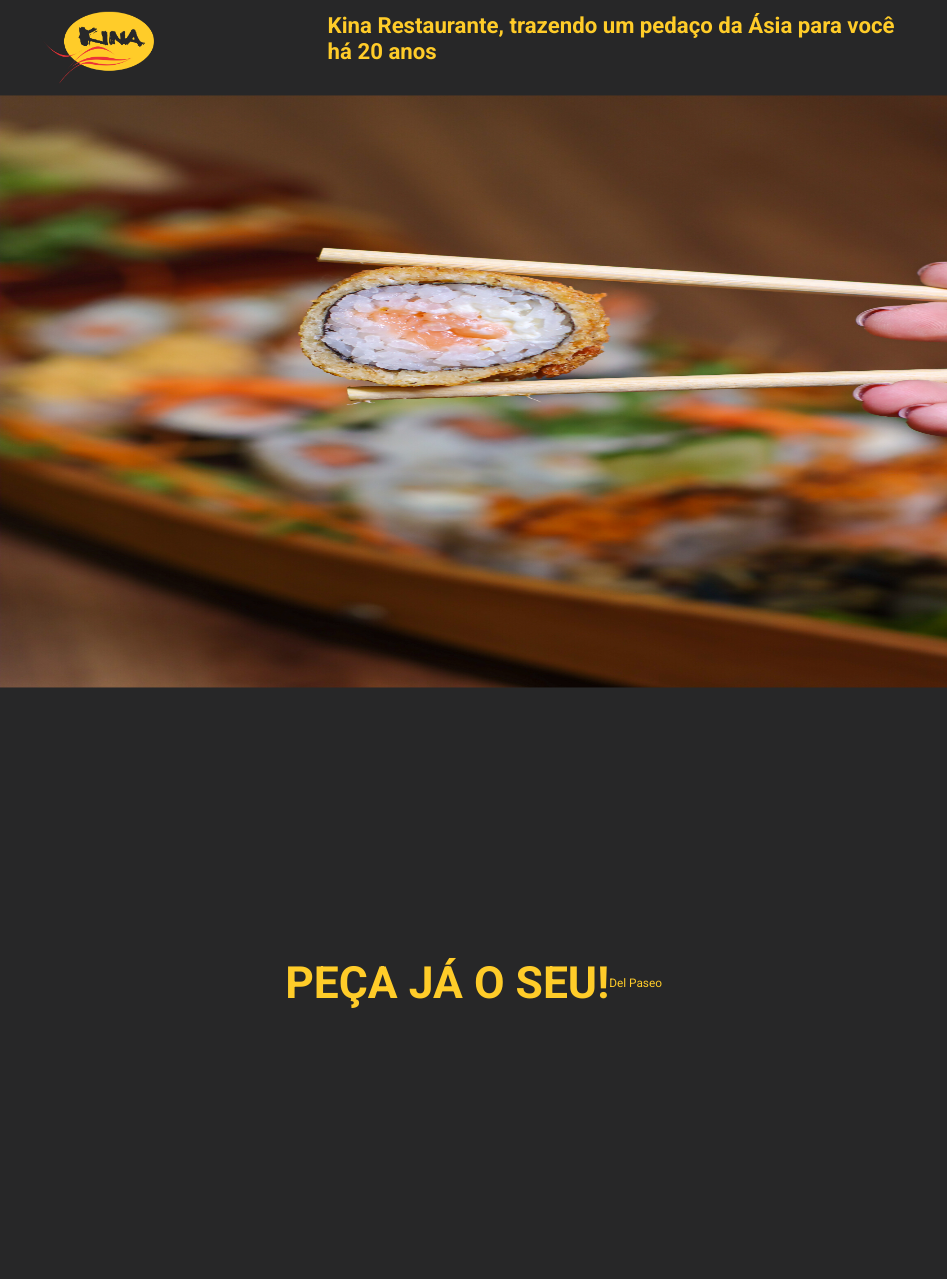
Repository: chidekina/kina-page
Page: index.html
These files come from the project's save history. The page is drawn as it stood at one moment and after a run of saves; the edit follows.
The browser window is 1280 px wide. The pictures show the whole page, at 74% of full size.

Above is the page before, as saved 2025-03-20 16:40:20.

After the next 3 saves:
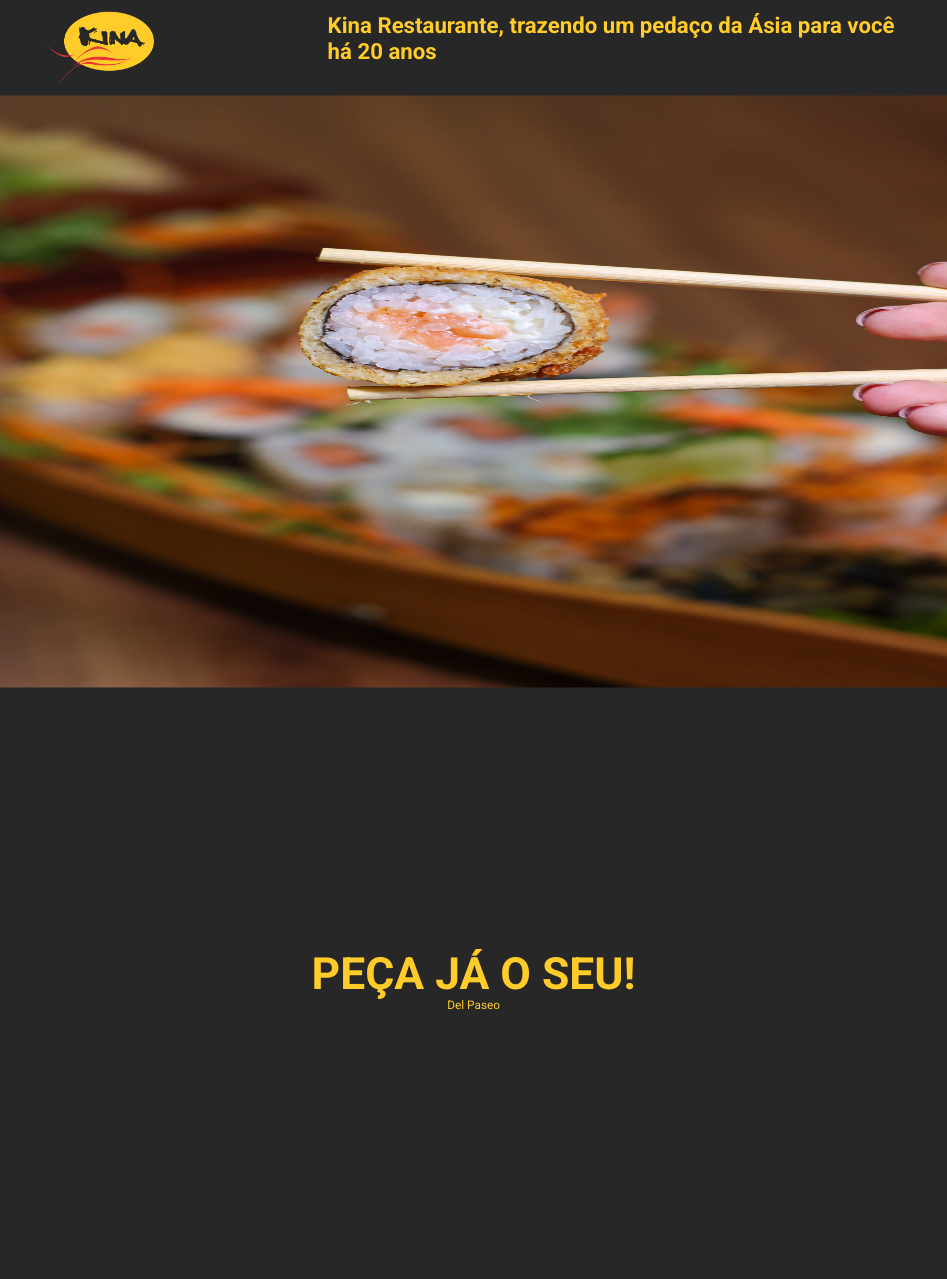
The 3 saves are shown as one change because they came seconds apart.
The last was saved 19 s later.
--- a/index.html
+++ b/index.html
@@ -21,7 +21,7 @@
         </h1>
     </header>
     <img src="/assets/pictures/IMG_5172.JPG" class="w-full h-200">
-    <div class="flex justify-center items-center h-200">
+    <div class="flex justify-center items-center h-200 flex-col">
         <h1 class="font-bold text-6xl">PEÇA JÁ O SEU!</h1>
         <ul>
             <li>
